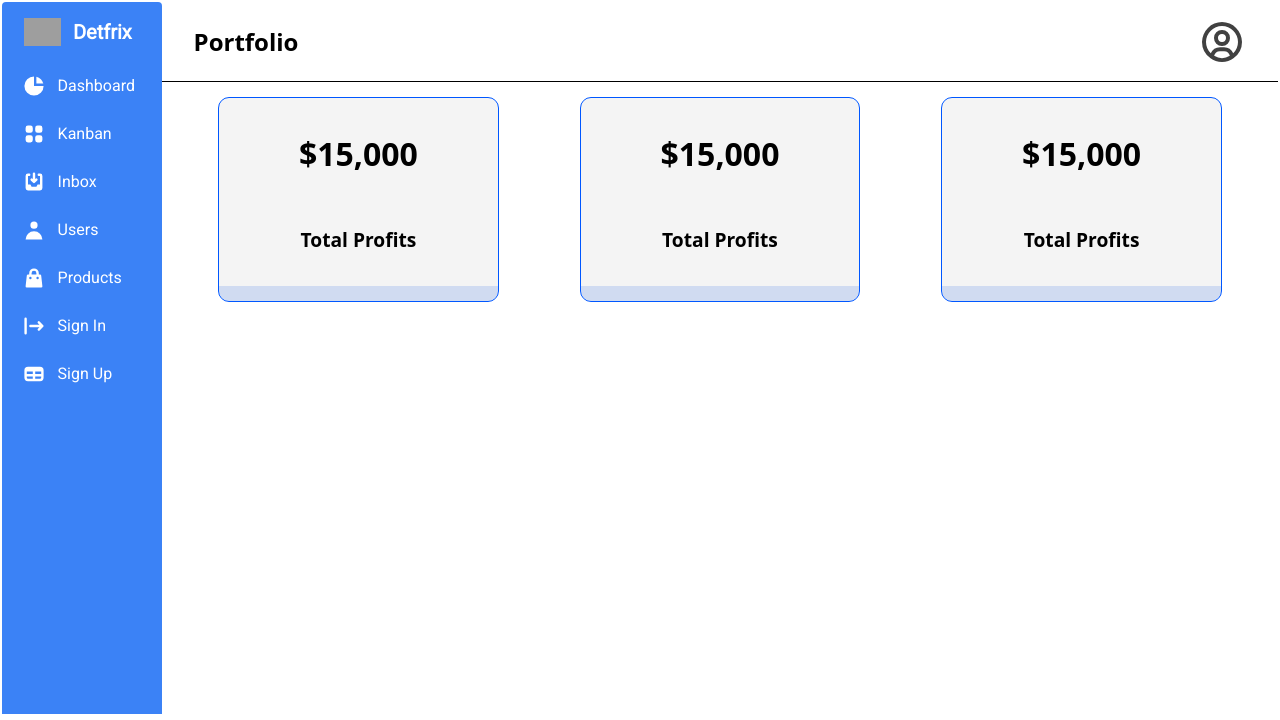
Repository: Elishaokon13/detfrix
Page: /dashboard
These files come from the project's save history. The page is drawn as it stood at one moment and after a run of saves; the edit follows.
The browser window is 1280 px wide. The pictures show the whole page.
Pictures or frames that could not be fetched are drawn as grey boxes. The project was rebuilt for these pictures with package versions that can differ from the ones it lists, and the page was loaded fresh each time. Also part of the build but not shown: src/pages/SignIn.jsx, src/components/HomeHero.jsx, src/components/Navbar.jsx, src/components/Banner.jsx, src/components/Features.jsx, src/components/Footer.jsx, src/components/Plan.jsx, src/components/Testimonals.jsx and 4 more.

Above is the page before, as saved 2022-10-03 23:42:57.

After the next 2 saves:
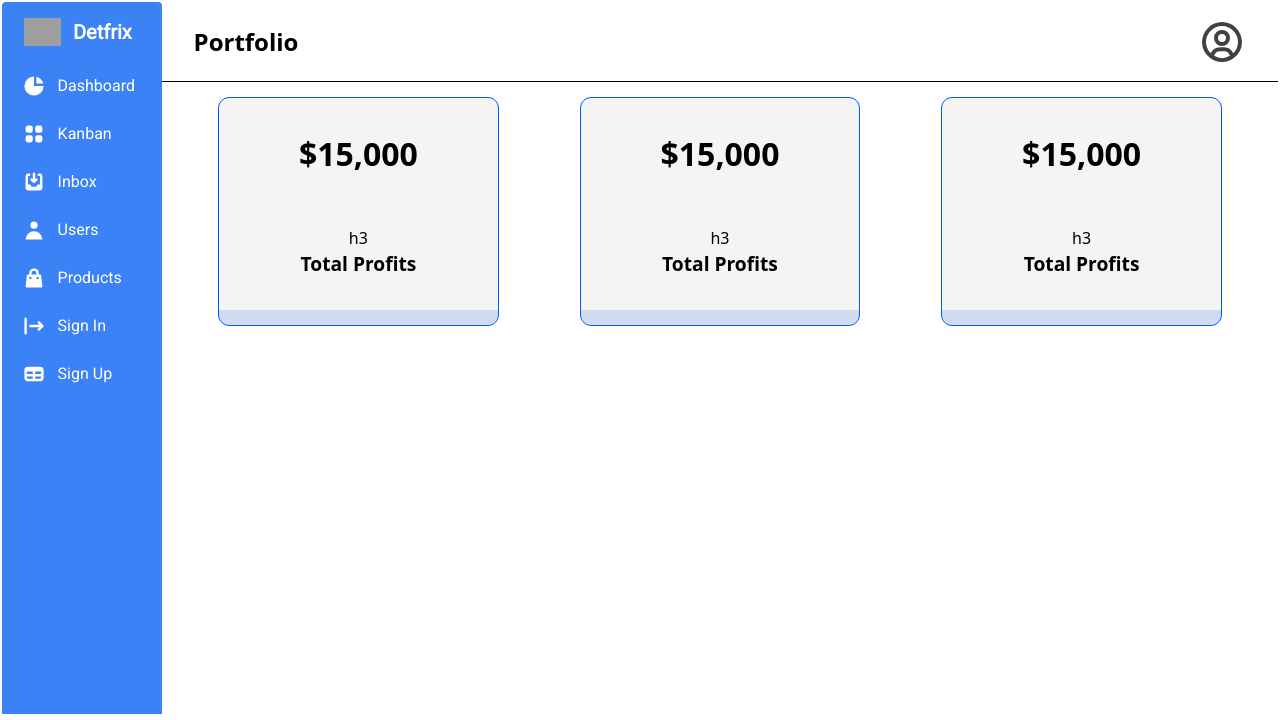
The 2 saves are shown as one change because they came seconds apart.
The last was saved 14 s later.
--- a/src/organism/base/PortfolioBox/Box.jsx
+++ b/src/organism/base/PortfolioBox/Box.jsx
@@ -3,7 +3,7 @@
 export const Box = ({ amount = "15,000", name = "total profits" }) => {
    return (
       <div className="portfolio_box flex flex-col justify-around items-center">
-         <h3>${amount}</h3>
+         <h3>${amount}</h3>h3
          <p>{name}</p>
       </div>
    );

After the save that followed:
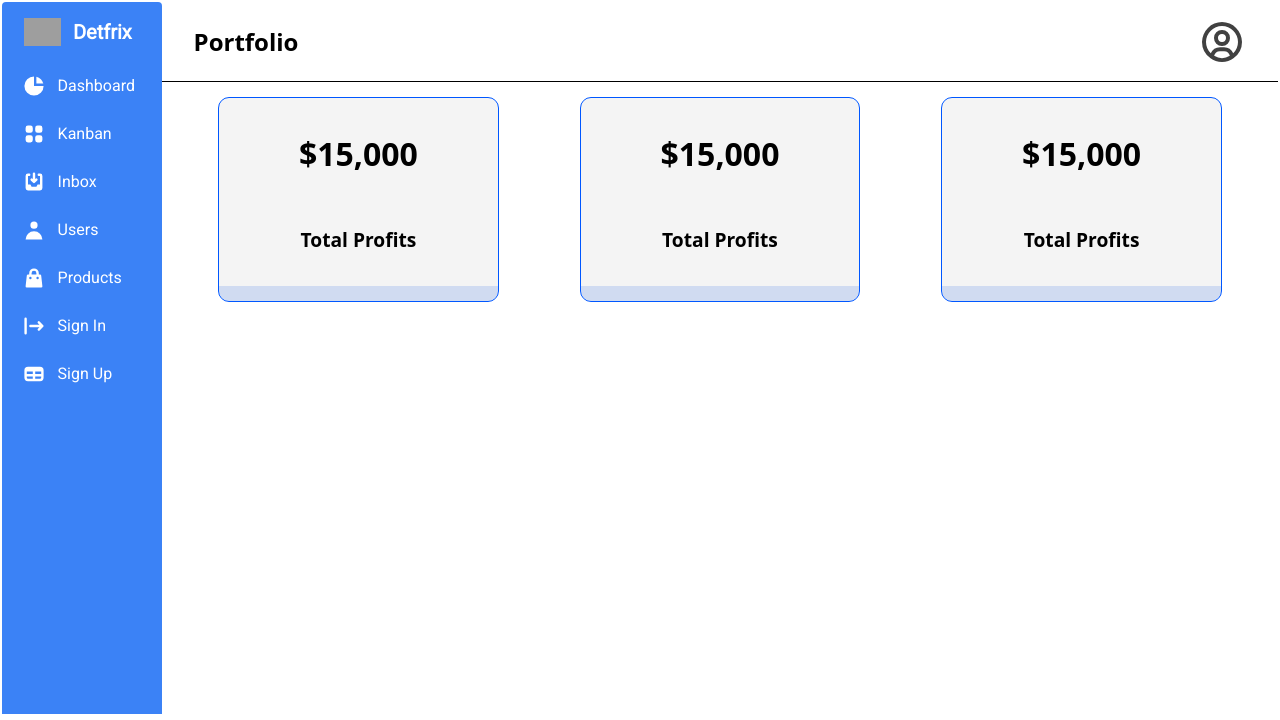
Saved 25 s later.
--- a/src/organism/base/PortfolioBox/Box.jsx
+++ b/src/organism/base/PortfolioBox/Box.jsx
@@ -3,7 +3,7 @@
 export const Box = ({ amount = "15,000", name = "total profits" }) => {
    return (
       <div className="portfolio_box flex flex-col justify-around items-center">
-         <h3>${amount}</h3>h3
+         <h3>${amount}</h3>
          <p>{name}</p>
       </div>
    );
